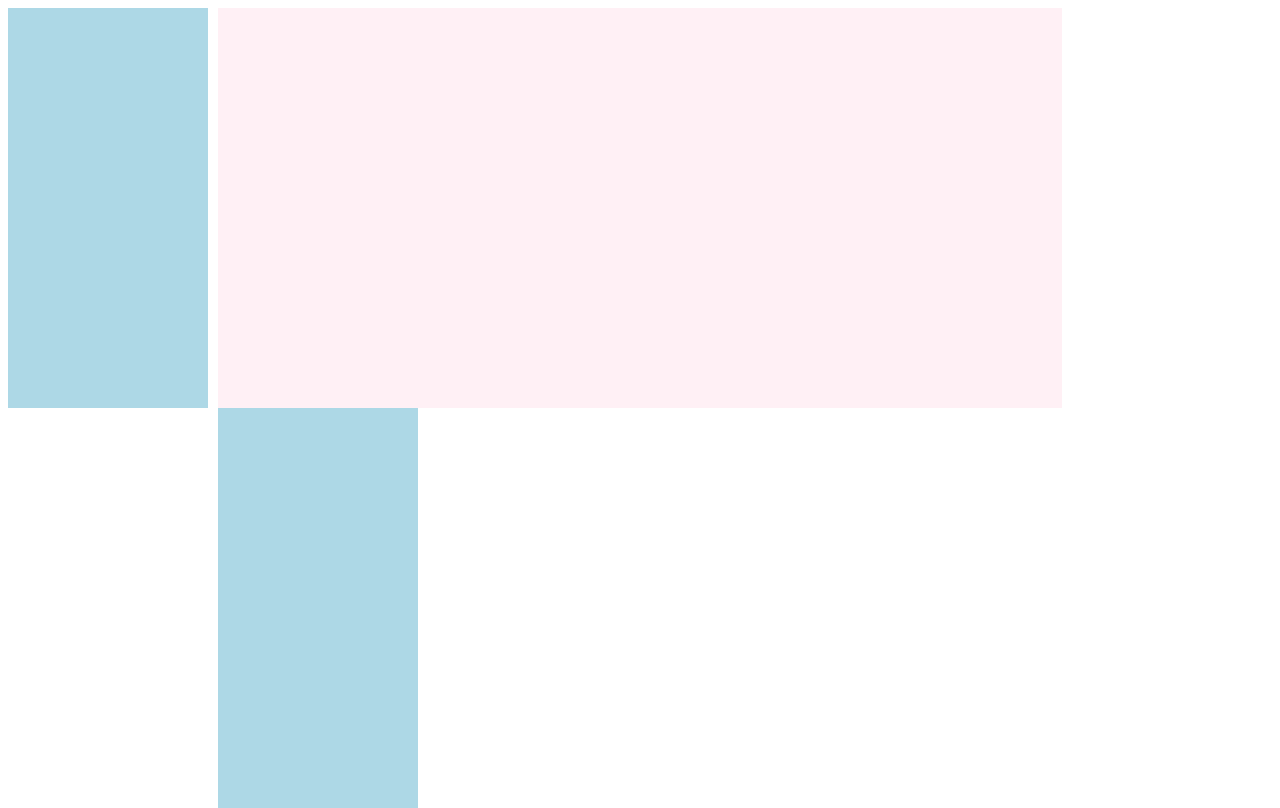
Repository: xzm1997/huntjob
Page: 面试/常见问题/practice/practice_2.html
These files come from the project's save history. The page is drawn as it stood at one moment and after the next save; the edit follows.
The browser window is 1280 px wide. The pictures show the whole page.

Above is the page before, as saved 2022-06-14 09:13:01.

### 面试/常见问题/practice/practice_2.html
<!DOCTYPE html>
<html lang="en">
<head>
    <meta charset="UTF-8">
    <meta http-equiv="X-UA-Compatible" content="IE=edge">
    <meta name="viewport" content="width=device-width, initial-scale=1.0">
    <title>圣杯</title>
    <style>
        .content {
            margin-left: 210px;
            margin-right: 210px;
        }
        .middle {
            float:left;
            width:100%;
            height:400px;
            background:lavenderblush;
        }
        .left {
            width: 200px;
            height:400px;
            background:lightblue;
            margin-left: -100%;
            position:relative;
            left:-210px;
            float:left;
        }
        .right {
            float: left;
            width: 200px;
            height:400px;
            background: lightblue;
        }
    </style>
</head>
<body>
    <div class="content">
        <div class="middle"></div>
        <div class="left"></div>
        <div class="right"></div>
    </div>
</body>
</html>

After the next save:
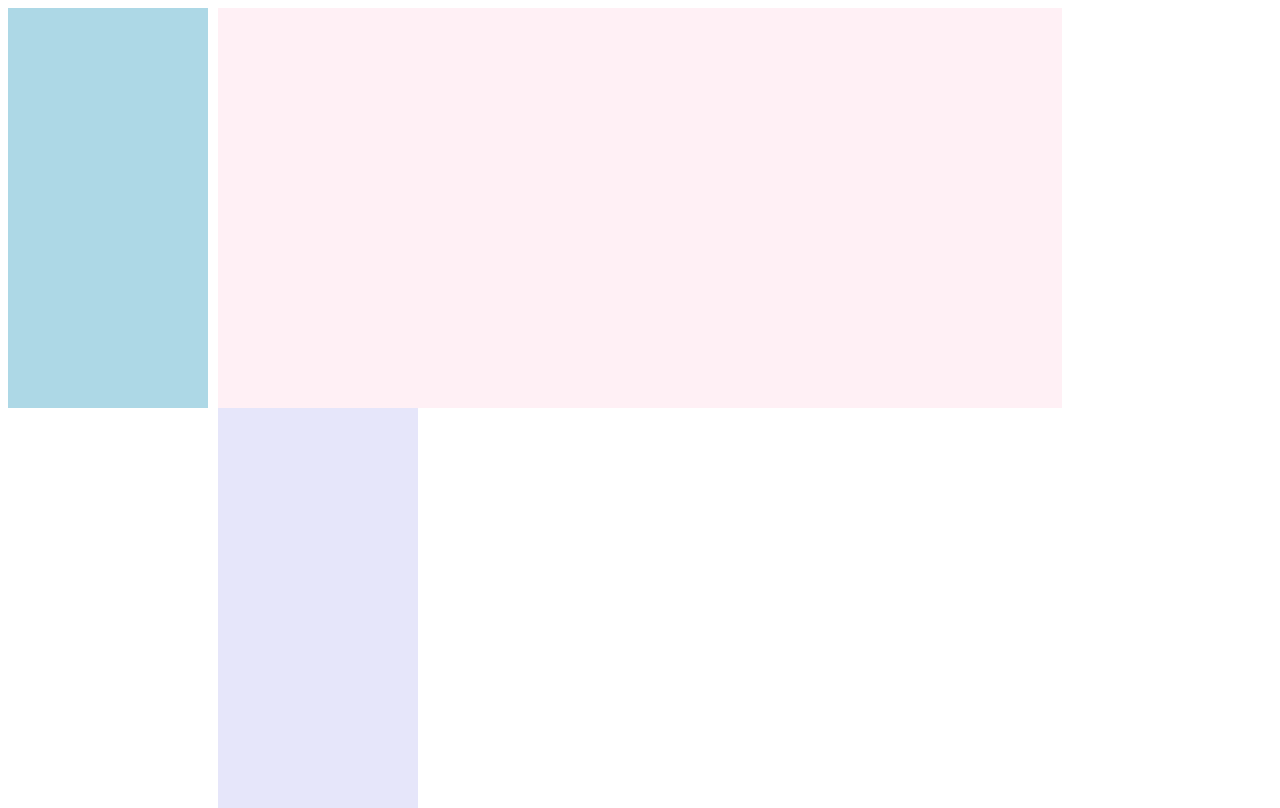
Saved 9 s later.
--- a/面试/常见问题/practice/practice_2.html
+++ b/面试/常见问题/practice/practice_2.html
@@ -29,7 +29,7 @@
             float: left;
             width: 200px;
             height:400px;
-            background: lightblue;
+            background: lavender;
         }
     </style>
 </head>
